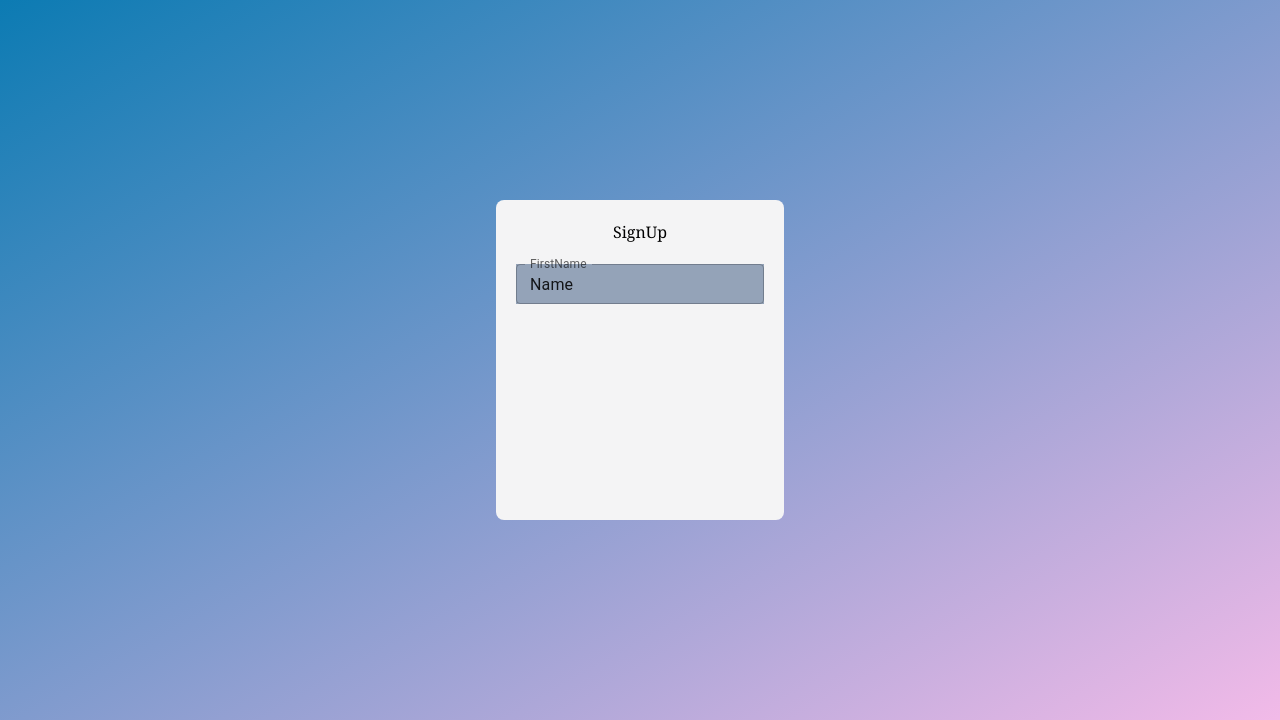
Repository: dhanapal2205/sazsfinance
Page: /SignUp
The author's editor kept a copy of each file at every save. The page is drawn from the files as they stood at one save, then again after the next save.
The browser window is 1280 px wide. The pictures show the whole page.
The project was rebuilt for these pictures with package versions that can differ from the ones it lists, and the page was loaded fresh each time. The framework's server and built-in components were replaced by stand-ins that run in the browser. Also part of the build but not shown: next.config.js.

Above is the page before, as saved 2023-04-07 11:32:19.

After the next save:
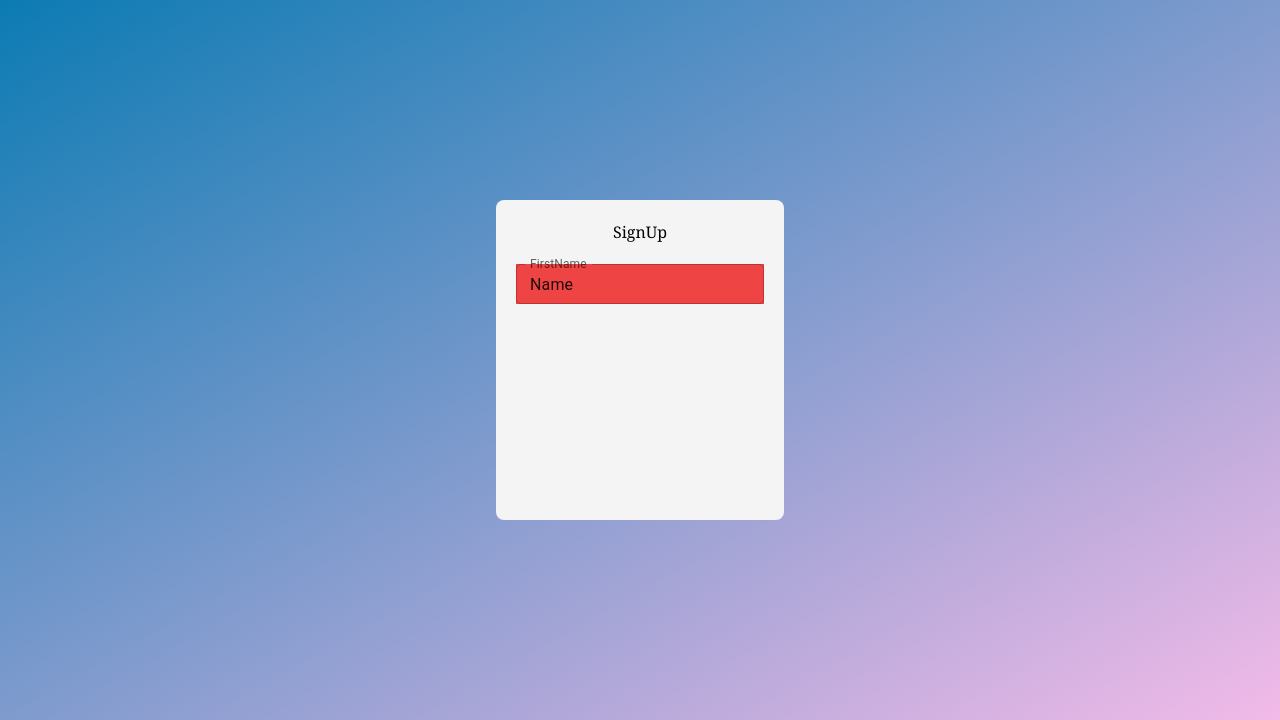
Saved 74 s later.
--- a/pages/SignUp.js
+++ b/pages/SignUp.js
@@ -8,7 +8,7 @@ const SignUp = () => {
      <div className=' w-72 h-80 bg-zinc-100  rounded-lg m-auto justify-center'>
       <div className='place-items-center flex flex-col space-y-5 mt-5 ' >
         <p className='font-sans md:font-serif ' > SignUp</p>
-<TextField className='bg-slate-400 hover:bg-white place-content-center ' label="FirstName"
+<TextField className='bg-red-500 hover:bg-white place-content-center ' label="FirstName"
           id="outlined-size-small"
           defaultValue="Name"
           margin="dense"
